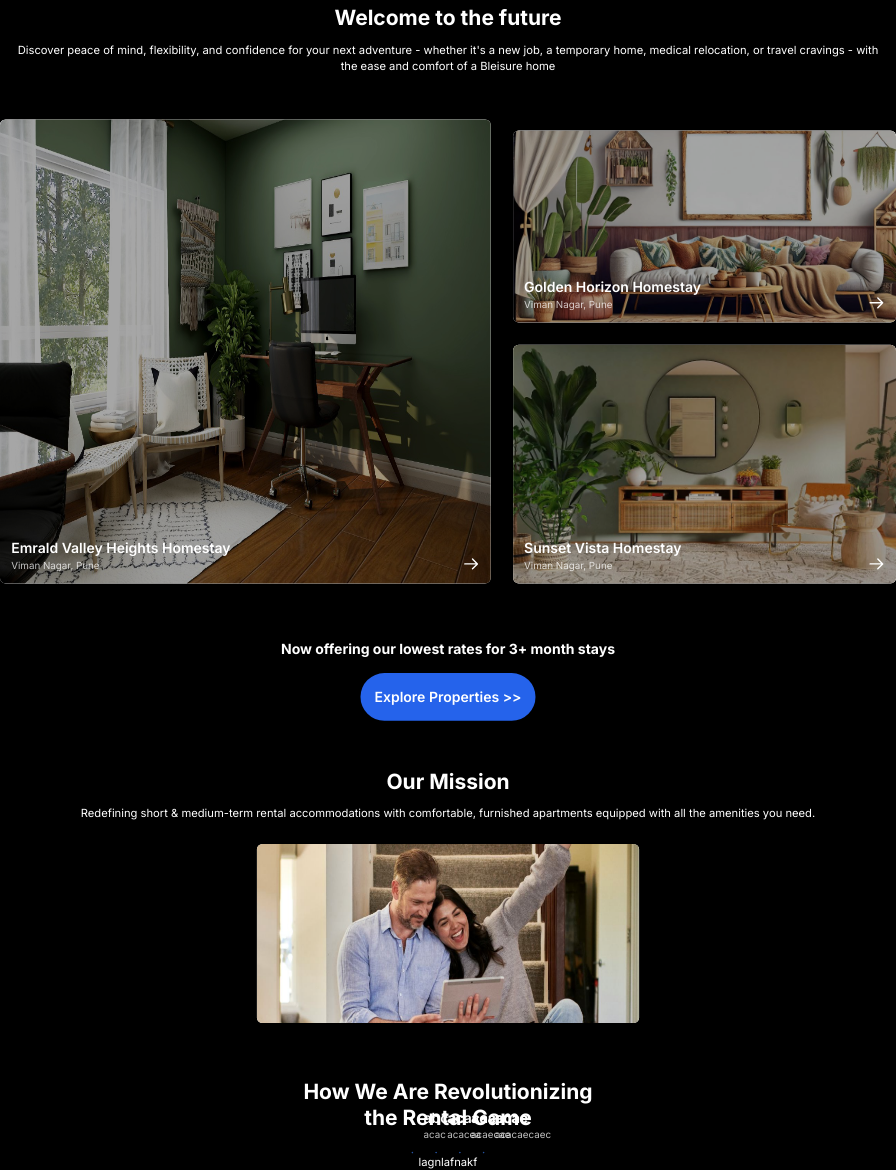
Repository: aditya-jha-kumar/BleisureHosting-V1
Page: /home
The author's editor kept a copy of each file at every save. The page is drawn from the files as they stood at one save, then again after the next save.
The browser window is 1280 px wide. The pictures show the part of the page from y = 762 to 2682 px (the page is 2433 px tall before and 2682 px after), at 70% of full size.
The project was rebuilt for these pictures with package versions that can differ from the ones it lists, and the page was loaded fresh each time. The framework's server and built-in components were replaced by stand-ins that run in the browser. Also part of the build but not shown: next.config.mjs.

Above is the page before, as saved 2024-06-12 15:36:43.

After the next save:
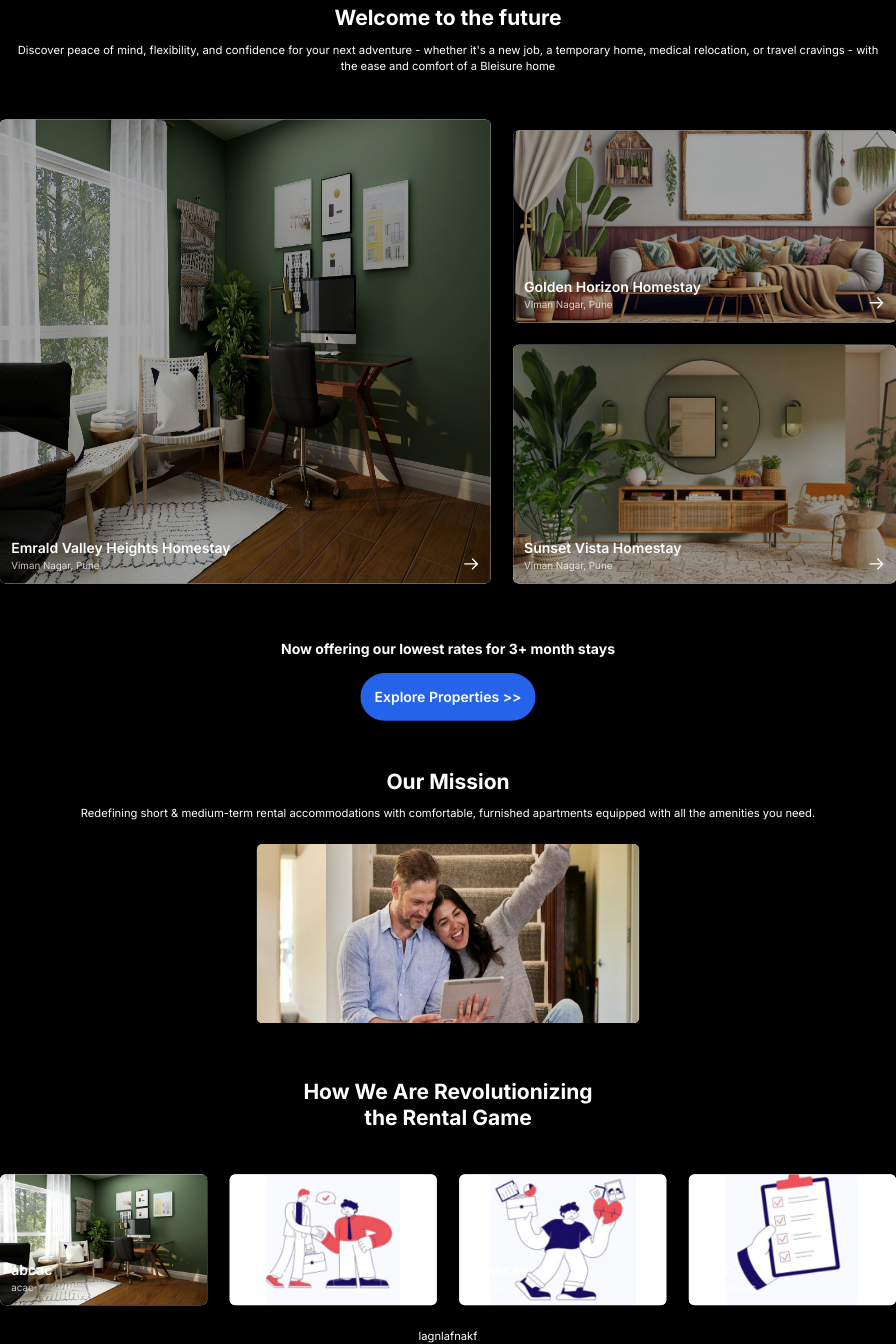
Saved 23 s later.
--- a/src/components/Card2.tsx
+++ b/src/components/Card2.tsx
@@ -1,29 +1,64 @@
-// Card.tsx
-"use client";
 import React from "react";
 
-interface Card2Props {
+interface CardProps {
   imageSrc: string;
   largeText: string;
   smallText: string;
+  showOverlay?: boolean; // Optional prop to show/hide overlay
+  showArrow?: boolean; // Optional prop to show/hide arrow
+  smallSize?: boolean; // Optional prop to decrease card size
 }
 
-const Card2 = ({ imageSrc, largeText, smallText }: Card2Props) => {
+const Card = ({
+  imageSrc,
+  largeText,
+  smallText,
+  showOverlay = false,
+  showArrow = false,
+  smallSize = false,
+}: CardProps) => {
   return (
-    <div className="text-black w-full h-auto relative bg-cover bg-center rounded-lg shadow-md overflow-hidd border border-blue-500">
-      {/* Background Image */}
-      <div
-        className="absolute top-0 left-0 w-full h-full bg-cover bg-center"
-        style={{ backgroundImage: `url(${imageSrc})` }}
-      />
+    <div
+      className={`relative bg-white rounded-lg shadow-md overflow-hidden group my-8 ${
+        smallSize ? "w-250 h-64" : "w-full h-auto"
+      }`}
+    >
+      {/* Image */}
+      <div className="w-full h-full relative">
+        <img src={imageSrc} alt="Card" className="w-full h-full" />
+        {/* Black overlay */}
+        {showOverlay && (
+          <div className="absolute inset-0 bg-black opacity-35 rounded-lg"></div>
+        )}
+      </div>
 
-      {/* Content */}
-      <div className="absolute bottom-0 left-0 right-0 p-4 text-white">
-        <h2 className="text-xl font-semibold">{largeText}</h2>
-        <p className="text-sm opacity-75">{smallText}</p>
+      {/* Large Text */}
+      <div className="absolute bottom-0 left-0 p-4">
+        <h2 className="text-xl font-semibold text-white">{largeText}</h2>
+        <p className="text-sm text-white opacity-75">{smallText}</p>
       </div>
+
+      {/* Arrow Icon */}
+      {showArrow && (
+        <div className="absolute bottom-0 right-0 p-4">
+          <svg
+            xmlns="http://www.w3.org/2000/svg"
+            className="h-6 w-6 text-white"
+            fill="none"
+            viewBox="0 0 24 24"
+            stroke="currentColor"
+          >
+            <path
+              strokeLinecap="round"
+              strokeLinejoin="round"
+              strokeWidth={2}
+              d="M14 5l7 7m0 0l-7 7m7-7H3"
+            />
+          </svg>
+        </div>
+      )}
     </div>
   );
 };
 
-export default Card2;
+export default Card;
